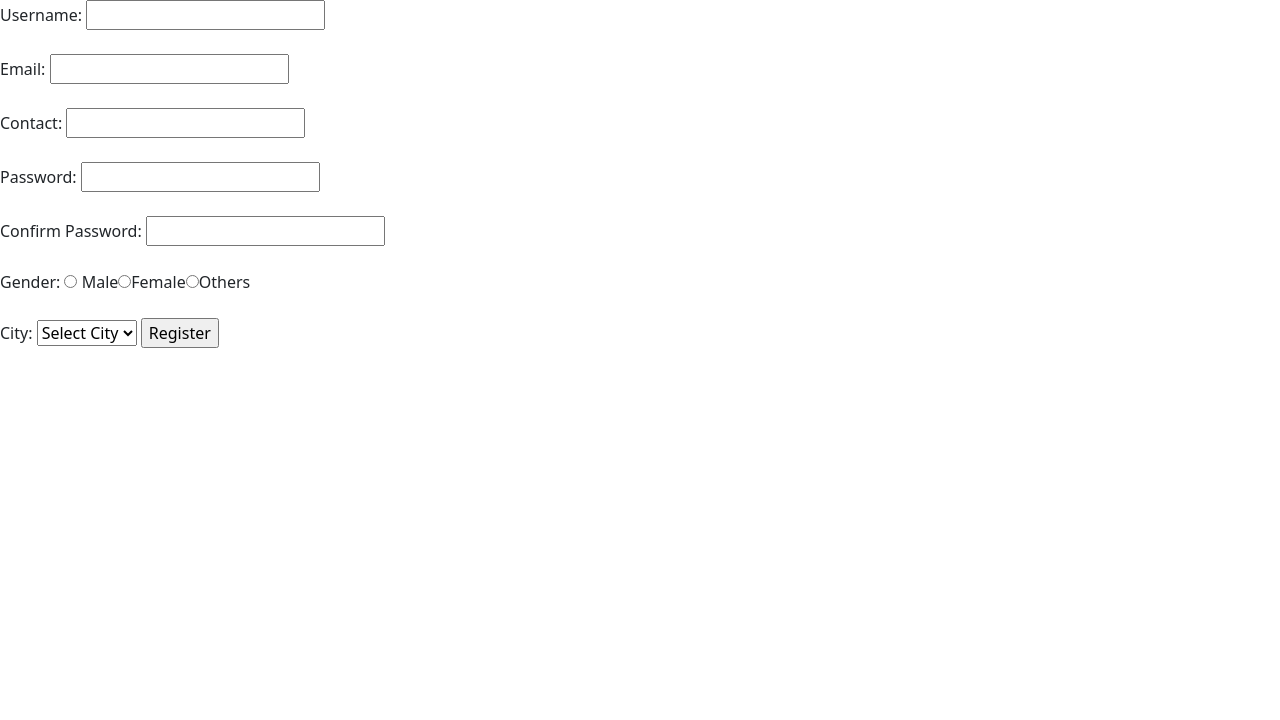
Repository: MD-1107/ISS_Assignment
Page: http://localhost/DemoRegisterLogin/Register
An editor plug-in stored every save of this project. The page is shown before and after the next save, followed by the edit.
The browser window is 1280 px wide. The pictures show the whole page.
The page is served by Tomcat 9. Other server files are loaded and not shown.

Above is the page before, as saved 2024-01-03 11:42:13.

### INTEGRATING CLIENT SIDE PROGRAMMING/DemoRegisterLogin/src/main/webapp/register.jsp
<%@ page language="java" contentType="text/html; charset=UTF-8"
    pageEncoding="UTF-8"%>
<!DOCTYPE html>
<html>
<head>
<meta charset="UTF-8">
<title>Insert title here</title>
 <link href="https://cdn.jsdelivr.net/npm/bootstrap@5.3.2/dist/css/bootstrap.min.css" rel="stylesheet" integrity="sha384-T3c6CoIi6uLrA9TneNEoa7RxnatzjcDSCmG1MXxSR1GAsXEV/Dwwykc2MPK8M2HN" crossorigin="anonymous">
 <script src="https://cdn.jsdelivr.net/npm/bootstrap@5.3.2/dist/js/bootstrap.bundle.min.js" integrity="sha384-C6RzsynM9kWDrMNeT87bh95OGNyZPhcTNXj1NW7RuBCsyN/o0jlpcV8Qyq46cDfL" crossorigin="anonymous"></script>
 <script src="script.js"></script>
</head>
<body>
<form name="registerForm" action="Register" method="post">

<div class="input-control">Username: <input type="text" id="name" name="name"/> <br/> <br/><div class="error"></div></div>
<div class="input-control">Email: <input type="email" id="email" name="email"/> <br/> <br/><div class="error"></div></div>
<div class="input-control">Contact: <input type="text" id="contact" name="contact"/> <br/> <br/><div class="error"></div></div>
<div class="input-control">Password: <input type="password" id="password" name="password"/> <br/> <br/><div class="error"></div></div>
<div class="input-control">Confirm Password: <input type="password" id="password2" name="password2"/> <br/> <br/><div class="error"></div></div>
<div class="input-control">Gender: <input type="radio" id="gender" name="gender"/> Male<input type="radio" name="gender">Female<input type="radio" name="gender">Others<br/> <br/><div class="error"></div></div>
<div class="input-control">City: <select name="city" id="city">
          <option> Select City </option>
          <option> Delhi </option>
          <option> Mumbai </option>
          <option> Pune </option>
          <option> Bengalore </option>
          <div class="error"></div></div>
    </select>

    <input type="submit" value="Register" />

</form>
</body>
</html>

### INTEGRATING CLIENT SIDE PROGRAMMING/DemoRegisterLogin/src/main/java/in/sp/backend/Register.java
package in.sp.backend;

import java.io.IOException;
import java.io.PrintWriter;
import java.sql.Connection;
import java.sql.DriverManager;
import java.sql.PreparedStatement;

import javax.servlet.RequestDispatcher;
import javax.servlet.ServletException;
import javax.servlet.annotation.WebServlet;
import javax.servlet.http.HttpServlet;
import javax.servlet.http.HttpServletRequest;
import javax.servlet.http.HttpServletResponse;

/**
 * Servlet implementation class Register
 */
@WebServlet("/Register")
public class Register extends HttpServlet {
	private static final long serialVersionUID = 1L;

    /**
     * @see HttpServlet#HttpServlet()
     */
    public Register() {
        super();
        // TODO Auto-generated constructor stub
    }

	/**
	 * @see HttpServlet#doGet(HttpServletRequest request, HttpServletResponse response)
	 */
	protected void doGet(HttpServletRequest request, HttpServletResponse response) throws ServletException, IOException {
		// TODO Auto-generated method stub
		RequestDispatcher dispatcher = request.getRequestDispatcher("/register.jsp");
        dispatcher.forward(request, response);
	}

	/**
	 * @see HttpServlet#doPost(HttpServletRequest request, HttpServletResponse response)
	 */
	protected void doPost(HttpServletRequest request, HttpServletResponse response) throws ServletException, IOException {
		// TODO Auto-generated method stub

		PrintWriter out= response.getWriter();

		String myName=request.getParameter("name");
		String myEmail=request.getParameter("email");
		String myContact=request.getParameter("contact");
		String myPassword=request.getParameter("password");
		String myGender=request.getParameter("gender");
		String myCity=request.getParameter("city");

		try
		{
			Class.forName("com.mysql.cj.jdbc.Driver");

			String DB_URL = "jdbc:mysql://localhost:3306/iss_practice";
			String USER = "root";
			String PASS = "Maanu1107%";

			Connection connection=DriverManager.getConnection(DB_URL,USER,PASS);

			PreparedStatement ps=connection.prepareStatement("insert into register values(?,?,?,?,?,?);");

			ps.setString(1, myName);
			ps.setString(2, myEmail);
			ps.setString(3, myContact);
			ps.setString(4, myPassword);
			ps.setString(5, myGender);
			ps.setString(6, myCity);


			int count=ps.executeUpdate();

			if(count>0)
			{
				response.setContentType("text/html");
				out.print("<h3 style='color:green'> User registerd successfully</h3>");
				RequestDispatcher rd= request.getRequestDispatcher("/login.jsp");
				rd.include(request, response);
			}
			else
			{
				response.setContentType("text/html");
				out.print("<h3 style='color:red'> User not registerd successfully</h3>");
				RequestDispatcher rd= request.getRequestDispatcher("/register.jsp");
				rd.include(request, response);
			}


		}
		catch (Exception e)
		{
			System.out.println(e);
		}

	}

}

### INTEGRATING CLIENT SIDE PROGRAMMING/DemoRegisterLogin/src/main/webapp/script.js
document.addEventListener('DOMContentLoaded', function () {
    const form = document.forms['registerForm'];
    const name = form['name'];
    const email = form['email'];
    const contact = form['contact'];
    const password = form['password'];
    const password2 = form['password2'];
    const gender = form['gender'];
    const city = form['city'];

    form.addEventListener('submit', function (e) {
        e.preventDefault();
        validateInputs();
    });

    const setError = function (element, message) {
        const inputControl = element.closest('.input-control');
        const errorDisplay = inputControl.querySelector('.error');

        errorDisplay.innerText = message;
        inputControl.classList.add('error');
        inputControl.classList.remove('success');
    };

    const setSuccess = function (element) {
        const inputControl = element.closest('.input-control');
        const errorDisplay = inputControl.querySelector('.error');

        errorDisplay.innerText = '';
        inputControl.classList.add('success');
        inputControl.classList.remove('error');
    };

    const isValidEmail = function (email) {
        const emailFormat = /^(([^<>()[\]\\.,;:\s@"]+(\.[^<>()[\]\\.,;:\s@"]+)*)|(".+"))@((\[[0-9]{1,3}\.[0-9]{1,3}\.[0-9]{1,3}\.[0-9]{1,3}\])|(([a-zA-Z\-0-9]+\.)+[a-zA-Z]{2,}))$/;
        return emailFormat.test(String(email).toLowerCase());
    };

    const validateInputs = function () {
        const nameValue = name.value.trim();
        const emailValue = email.value.trim();
        const contactValue = contact.value.trim();
        const passwordValue = password.value.trim();
        const password2Value = password2.value.trim();
        const genderValue = gender.value;
        const cityValue = city.value;

        if (nameValue === '') {
            setError(name, 'Username is Required');
        } else {
            setSuccess(name);
        }

        if (emailValue === '') {
            setError(email, 'Email is Required');
        } else if (!isValidEmail(emailValue)) {
            setError(email, 'Valid Email is required');
        } else {
            setSuccess(email);
        }

        if (contactValue === '') {
            setError(contact, 'Contact Number is Required');
        } else if (contactValue.length !== 10) {
            setError(contact, 'Provide Valid Contact Number');
        } else {
            setSuccess(contact);
        }

        if (passwordValue === '') {
            setError(password, 'Password is Required');
        } else if (passwordValue.length < 8) {
            setError(password, 'Password should be at least 8 characters');
        } else {
            setSuccess(password);
        }

        if (password2Value === '') {
            setError(password2, 'Please confirm your password');
        } else if (password2Value !== passwordValue) {
            setError(password2, 'The passwords do not match');
        } else {
            setSuccess(password2);
        }

        if (!genderValue) {
            setError(gender, 'Please select a gender');
        } else {
            setSuccess(gender);
        }

        if (cityValue === 'Select City') {
            setError(city, 'Please select a city');
        } else {
            setSuccess(city);
        }
    };
});

### INTEGRATING CLIENT SIDE PROGRAMMING/DemoRegisterLogin/src/main/webapp/style.css
@charset "UTF-8";
body {
    background: linear-gradient(to left top, #2E3192,#1BFFFF);
    font-family: 'Poppins', sans-serif;
}

#form {
    width: 300px;
    margin: 20vh auto 0 auto;
    padding: 20px;
    background-color: whitesmoke;
    border-radius: 4px;
    font-size: 12px;
}

#form h1 {
    color: #0f2027;
    text-align: center;
}

#form button {
    padding: 10px;
    margin-top: 10px;
    width: 100%;
    color: white;
    background-color: rgb(41, 57, 194);
    border: none;
    border-radius: 4px;
}

.input-control {
    display: flex;
    flex-direction: column;
}

.input-control input {
    border: 2px solid #f0f0f0;
	border-radius: 4px;
	display: block;
	font-size: 12px;
	padding: 10px;
	width: 100%;
}

.input-control input:focus {
    outline: 0;
}

.input-control.success input {
    border-color: #09c372;
}

.input-control.error input {
    border-color: #ff3860;
}

.input-control .error {
    color: #ff3860;
    font-size: 9px;
    height: 13px;
}

After the next save:
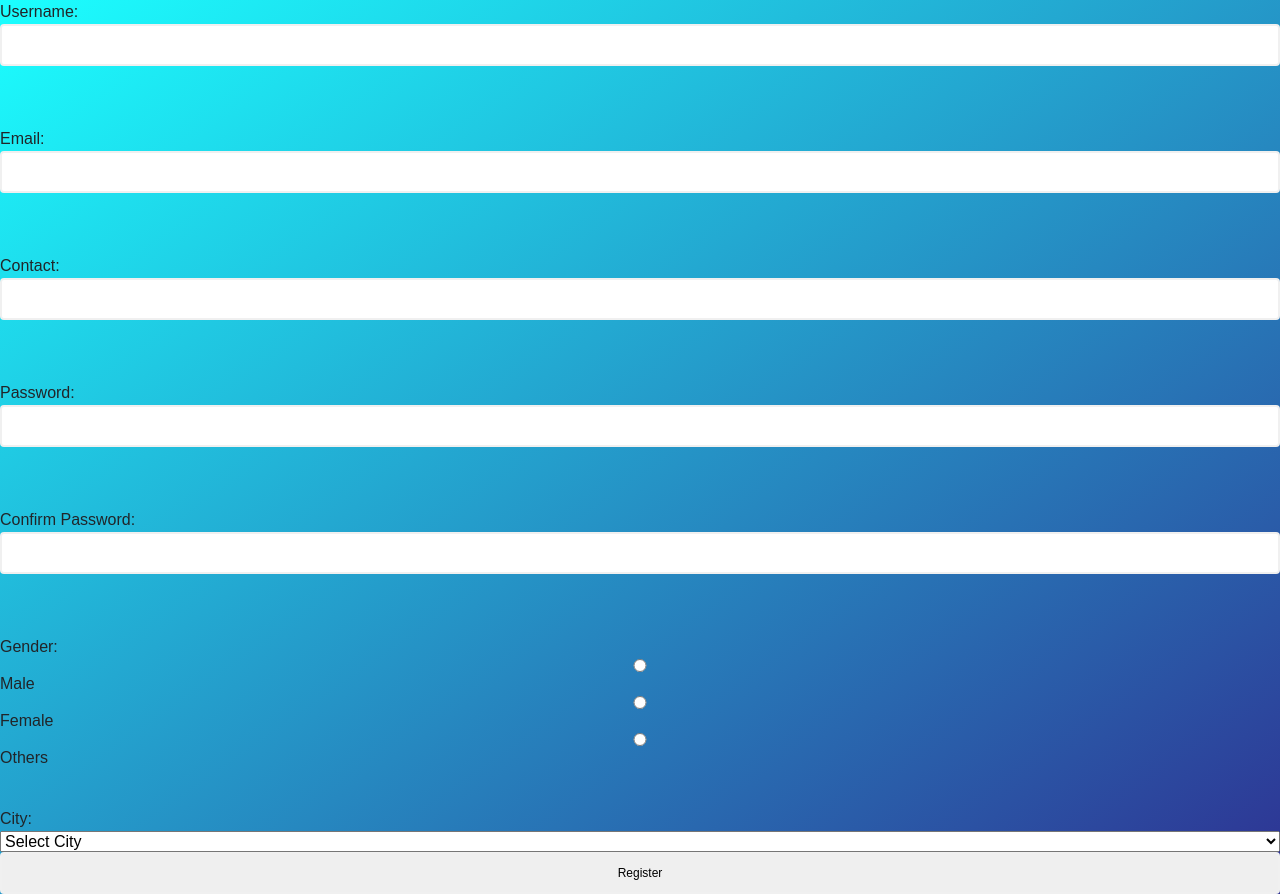
Saved 26 s later.
--- a/INTEGRATING CLIENT SIDE PROGRAMMING/DemoRegisterLogin/src/main/webapp/register.jsp
+++ b/INTEGRATING CLIENT SIDE PROGRAMMING/DemoRegisterLogin/src/main/webapp/register.jsp
@@ -8,6 +8,7 @@
  <link href="https://cdn.jsdelivr.net/npm/bootstrap@5.3.2/dist/css/bootstrap.min.css" rel="stylesheet" integrity="sha384-T3c6CoIi6uLrA9TneNEoa7RxnatzjcDSCmG1MXxSR1GAsXEV/Dwwykc2MPK8M2HN" crossorigin="anonymous">
  <script src="https://cdn.jsdelivr.net/npm/bootstrap@5.3.2/dist/js/bootstrap.bundle.min.js" integrity="sha384-C6RzsynM9kWDrMNeT87bh95OGNyZPhcTNXj1NW7RuBCsyN/o0jlpcV8Qyq46cDfL" crossorigin="anonymous"></script>
  <script src="script.js"></script>
+ <link rel="stylesheet" href="style.css">
 </head>
 <body>
 <form name="registerForm" action="Register" method="post">
